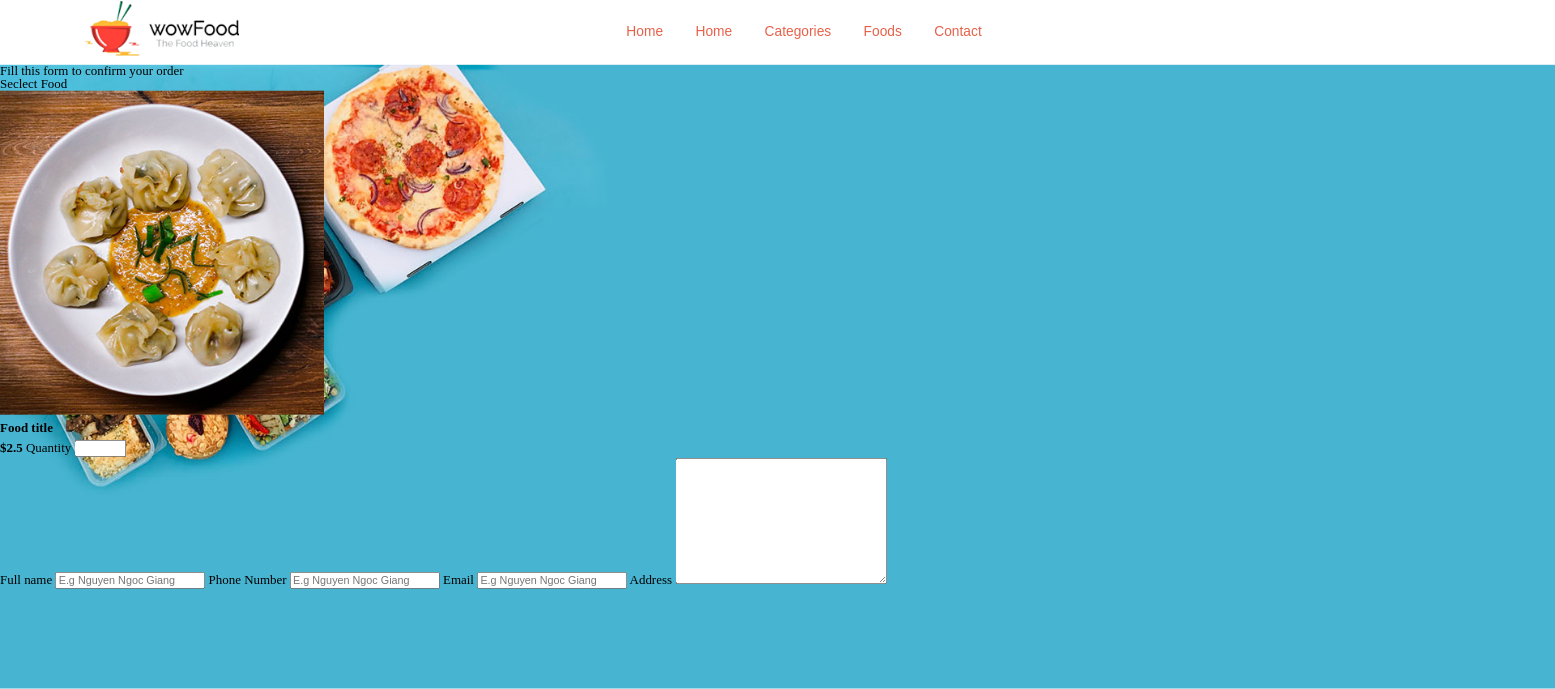
Repository: ruaruababa/WowFood
Page: order.html
These files come from the project's save history. The page is drawn as it stood at one moment and after the next save; the edit follows.
The browser window is 1280 px wide. The page is 1920 px wide, then 1472 px, so the pictures cover 1920 px, including what lies to the right of the window. The pictures show the whole page, at 81% of full size.

Above is the page before, as saved 2021-09-19 21:52:33.

After the next save:
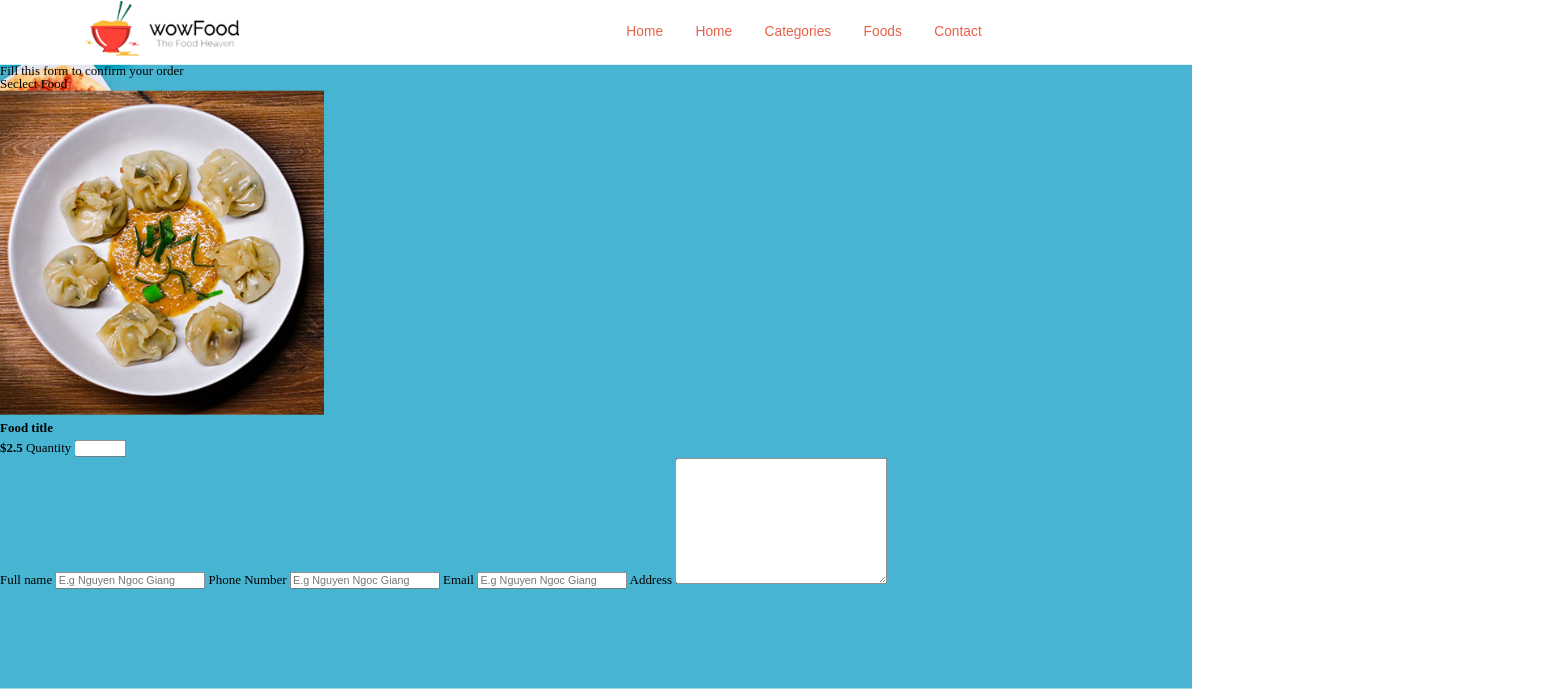
Saved 4 min 30 s later.
--- a/order.html
+++ b/order.html
@@ -28,7 +28,7 @@
         </ul>
     </nav>
     <section id=section-order>
-        <img src="./img/bg.jpg" alt="" class="bgr" style="position: absolute; z-index: -1;">
+        <img src="./bgorder.jpg" alt="" class="bgr" style="position: absolute; z-index: -1;">
         <div class="container-order">
             <form action="">
                 <h3 class="title-order">Fill this form to confirm your order</h3>
